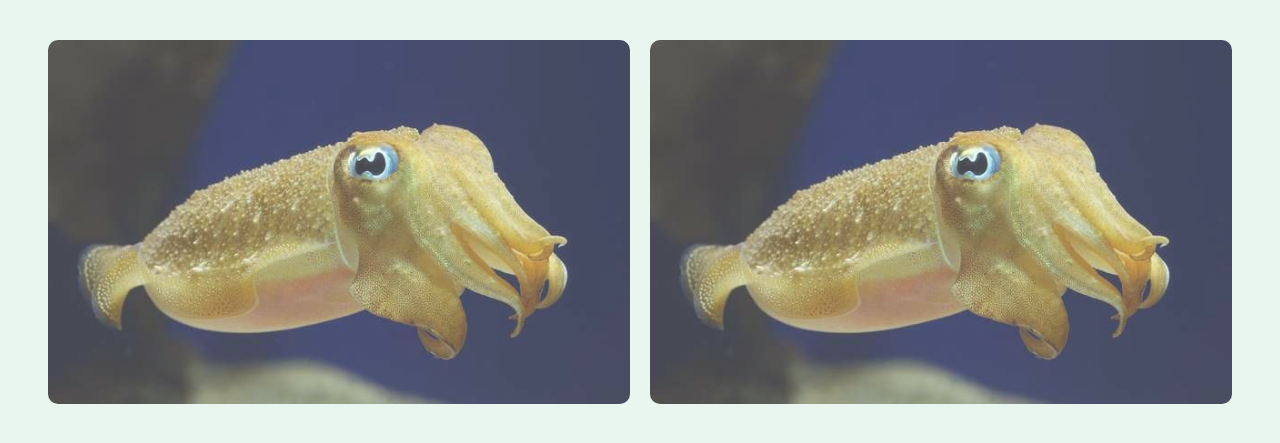
Repository: neomort/comm-lab-vid-site
Page: index.html
An editor plug-in stored every save of this project. The page is shown before and after the next save, followed by the edit.
The browser window is 1280 px wide. The pictures show the whole page.

Above is the page before, as saved 2021-09-12 21:47:17.

After the next save:
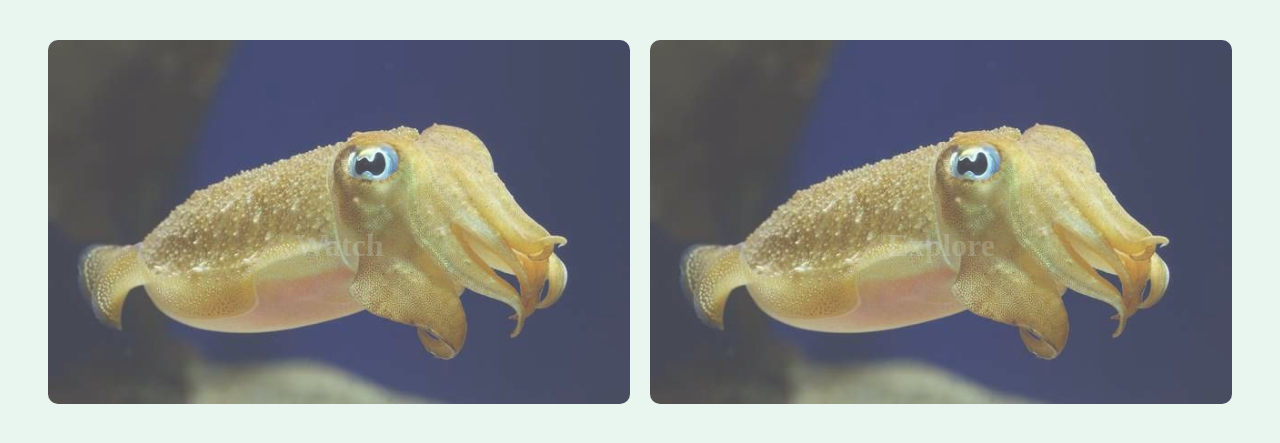
Saved 13 s later.
--- a/css/styles.css
+++ b/css/styles.css
@@ -83,7 +83,7 @@
 }
 
 .container H1 {
-  opacity: 0%;
+  opacity: 20%;
   transition: 0.3s;
 }
 
